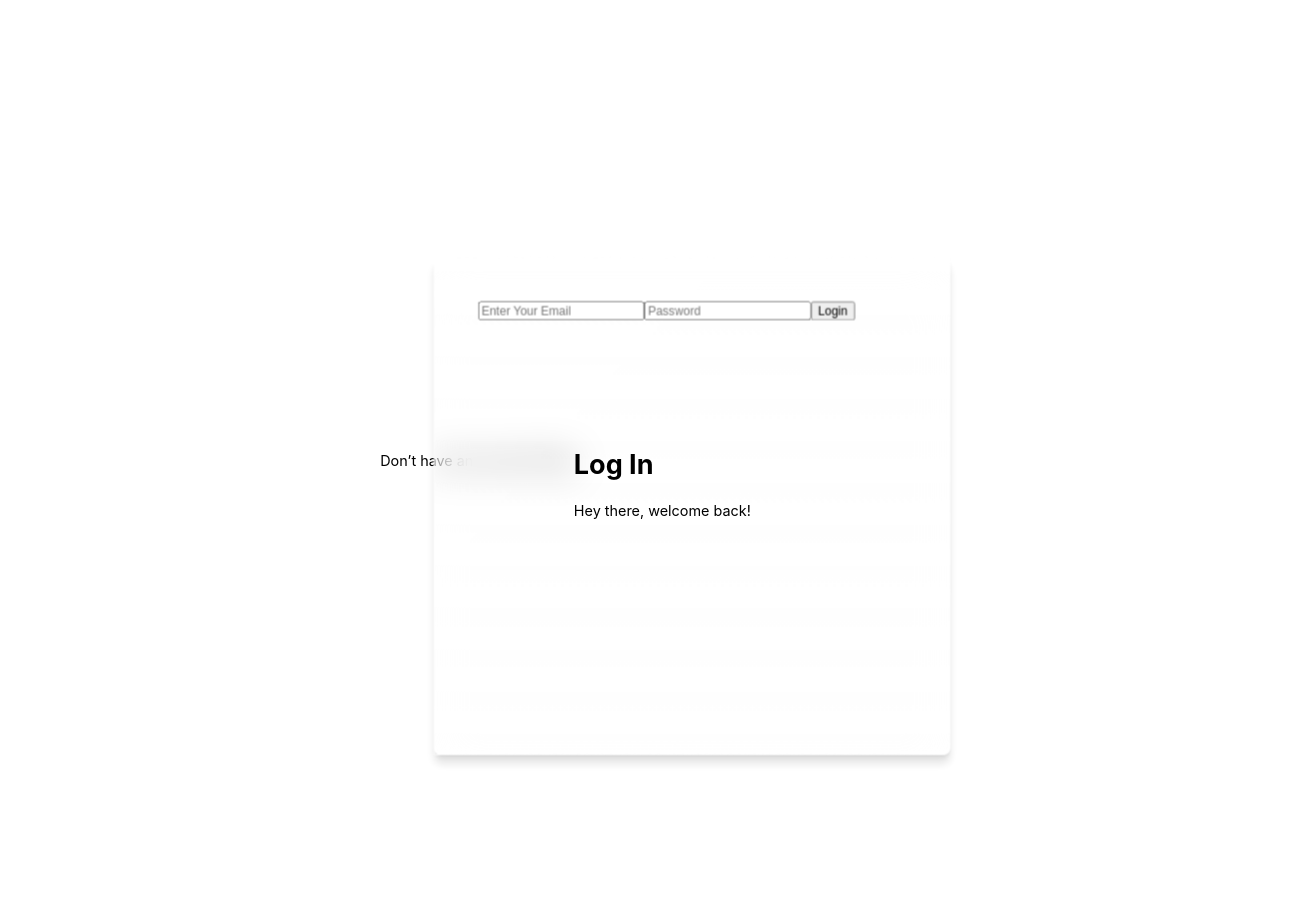
Repository: AfifaNoor/Admin_Panel-React-
Page: /
These files come from the project's save history. The page is drawn as it stood at one moment and after the next save; the edit follows.
The browser window is 1280 px wide. The page is 1440 px wide, then 1280 px, then 1440 px, so the pictures cover 1440 px, including what lies to the right of the window. The pictures show the whole page, at 90% of full size.
The project was rebuilt for these pictures with package versions that can differ from the ones it lists, and the page was loaded fresh each time. Also part of the build but not shown: src/SignUp.jsx.

Above is the page before, as saved 2025-07-10 15:03:56.

After the next save:
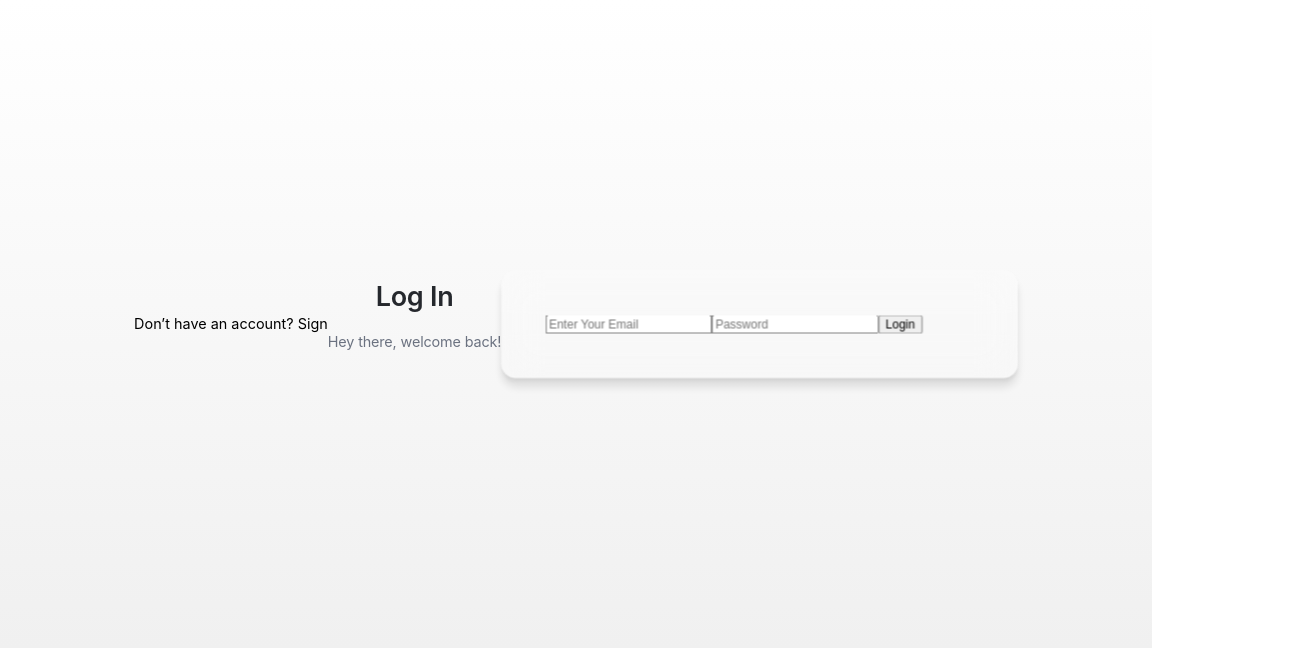
Saved 37 min 29 s later.
--- a/src/LoginPage.css
+++ b/src/LoginPage.css
@@ -1,76 +1,47 @@
 .login-container {
-  width: 1440px;
-  height: 1024px;
-  /* background: #FFFFFF; */
-  opacity: 1;
-  transform: rotate(0deg);
+  width: 100%;
+  height: 100vh; /* Full screen height */
   display: flex;
   justify-content: center;
   align-items: center;
-  background: linear-gradient(to bottom, rgba(255, 255, 255, 1), rgba(255, 255, 255, 1));
-
-
+  background: linear-gradient(to bottom, #ffffff, #f0f0f0); /* soft white gradient */
+  overflow: hidden;
 }
 
-.login-form{
+.login-form {
   width: 476px;
-  height: 456px;
-  position: absolute;
-  top: 284.5px;
-  left: 482px;
-  border-radius: 8px;
+  height: auto; /* Allow content to define height */
+  border-radius: 16px;
   padding: 48px;
-  gap: 10px;
-  opacity: 1;
-
-  z-index: 2;
-
-  background: linear-gradient(180deg, rgba(255, 255, 255, 0) -9.58%, rgba(255, 255, 255, 0.052) 100%);
-  border: 1px solid transparent;
-  border-image-source: linear-gradient(93.78deg, #FFFFFF 8.04%, rgba(255, 255, 255, 0) 100%);
-  border-image-slice: 1;
-
-
--webkit-backdrop-filter: blur(20px);
-backdrop-filter: blur(20px);
-
-box-shadow:
-  0px 10px 10px 0px rgba(0, 0, 0, 0.10),
-  0px 4px 4px 0px rgba(0, 0, 0, 0.05),
-  0px 1px 0px 0px rgba(0, 0, 0, 0.05),
-  inset 0px 20px 50px 0px rgba(255, 255, 255, 0.15);
-
-
-
-
+  backdrop-filter: blur(20px);
+  -webkit-backdrop-filter: blur(20px);
+  background: rgba(255, 255, 255, 0.15); /* semi-transparent glass effect */
+  border: 1px solid rgba(255, 255, 255, 0.2);
+  box-shadow:
+    0 10px 10px rgba(0, 0, 0, 0.1),
+    0 4px 4px rgba(0, 0, 0, 0.05),
+    inset 0 20px 50px rgba(255, 255, 255, 0.15);
 }
 
-.title{
-  z-index: 3;
-  width: 380px;
-  height: 72px;
-  opacity: 1;
-  gap: 10px;
-
+.title {
+  text-align: center;
+  margin-bottom: 24px;
 }
 
 .title h1 {
-width: 380px;
-height: 40px;
-font-family: 'Inter', sans-serif;
-font-weight: 600px;
-font-size: 30px;
-line-height: 40px;
-letter-spacing: -1%;
+  font-family: 'Inter', sans-serif;
+  font-weight: 600;  /* remove 'px' */
+  font-size: 30px;
+  line-height: 40px;
+  letter-spacing: -0.01em; /* closer to -1% */
+  color: #25282D;  /* dark text for visibility */
 }
 
-.title p{
+.title p {
+  font-family: 'Inter', sans-serif;
+  font-weight: 400;  /* remove 'px' */
   font-size: 16px;
-  font-style: Inter;
-  font-weight: 400px;
-  font-style:normal;
   line-height: 22px;
-  letter-spacing: -1%;
-  font-color: rgba(107, 114, 128, 1);
-
+  letter-spacing: -0.01em;
+  color: rgba(107, 114, 128, 1);  /* proper text color */
 }

After the save that followed:
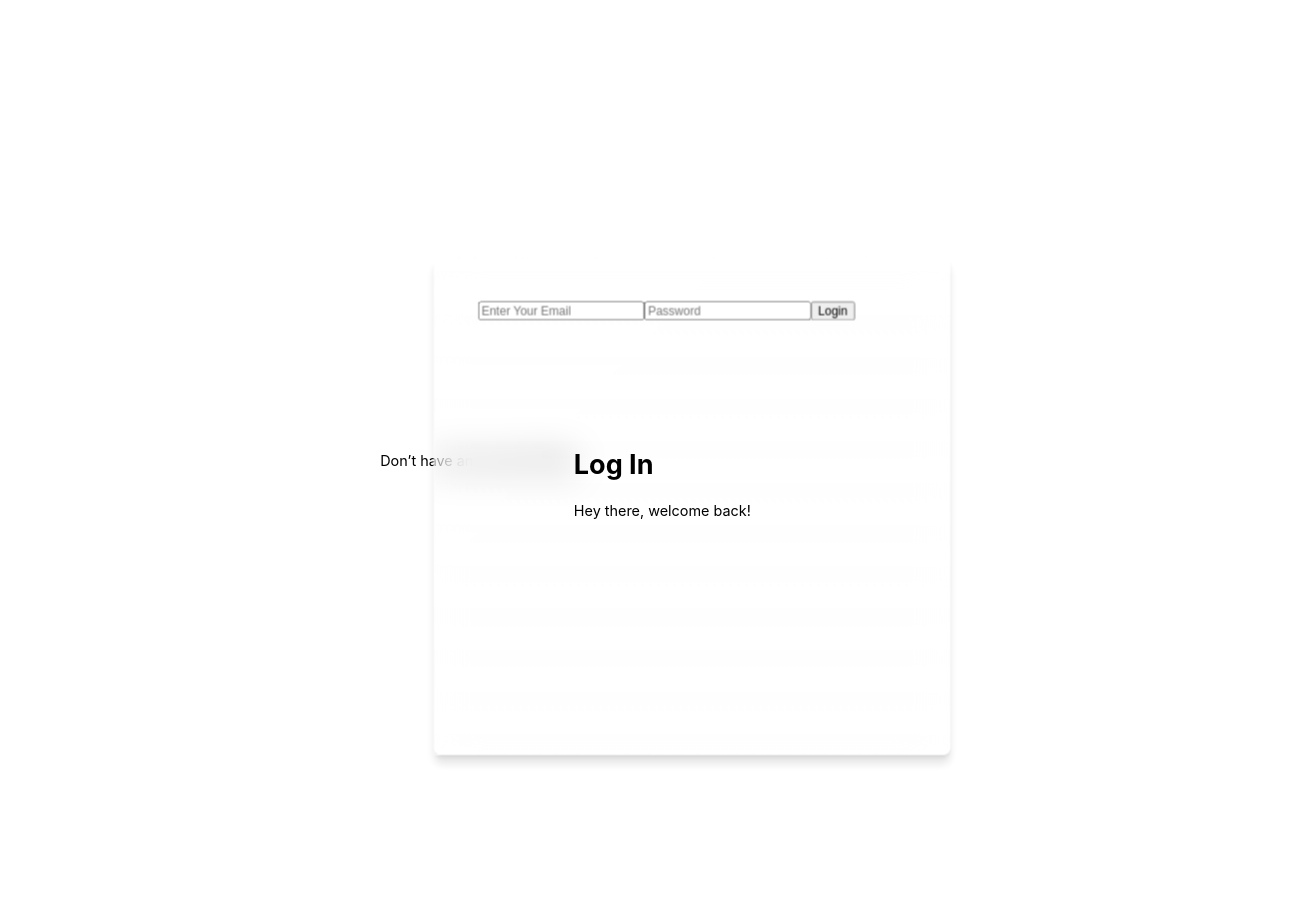
Saved 12 s later.
--- a/src/LoginPage.css
+++ b/src/LoginPage.css
@@ -1,47 +1,76 @@
 .login-container {
-  width: 100%;
-  height: 100vh; /* Full screen height */
+  width: 1440px;
+  height: 1024px;
+  /* background: #FFFFFF; */
+  opacity: 1;
+  transform: rotate(0deg);
   display: flex;
   justify-content: center;
   align-items: center;
-  background: linear-gradient(to bottom, #ffffff, #f0f0f0); /* soft white gradient */
-  overflow: hidden;
+  background: linear-gradient(to bottom, rgba(255, 255, 255, 1), rgba(255, 255, 255, 1));
+
+
 }
 
-.login-form {
+.login-form{
   width: 476px;
-  height: auto; /* Allow content to define height */
-  border-radius: 16px;
+  height: 456px;
+  position: absolute;
+  top: 284.5px;
+  left: 482px;
+  border-radius: 8px;
   padding: 48px;
-  backdrop-filter: blur(20px);
-  -webkit-backdrop-filter: blur(20px);
-  background: rgba(255, 255, 255, 0.15); /* semi-transparent glass effect */
-  border: 1px solid rgba(255, 255, 255, 0.2);
-  box-shadow:
-    0 10px 10px rgba(0, 0, 0, 0.1),
-    0 4px 4px rgba(0, 0, 0, 0.05),
-    inset 0 20px 50px rgba(255, 255, 255, 0.15);
+  gap: 10px;
+  opacity: 1;
+
+  z-index: 2;
+
+  background: linear-gradient(180deg, rgba(255, 255, 255, 0) -9.58%, rgba(255, 255, 255, 0.052) 100%);
+  border: 1px solid transparent;
+  border-image-source: linear-gradient(93.78deg, #FFFFFF 8.04%, rgba(255, 255, 255, 0) 100%);
+  border-image-slice: 1;
+
+
+-webkit-backdrop-filter: blur(20px);
+backdrop-filter: blur(20px);
+
+box-shadow:
+  0px 10px 10px 0px rgba(0, 0, 0, 0.10),
+  0px 4px 4px 0px rgba(0, 0, 0, 0.05),
+  0px 1px 0px 0px rgba(0, 0, 0, 0.05),
+  inset 0px 20px 50px 0px rgba(255, 255, 255, 0.15);
+
+
+
+
 }
 
-.title {
-  text-align: center;
-  margin-bottom: 24px;
+.title{
+  z-index: 3;
+  width: 380px;
+  height: 72px;
+  opacity: 1;
+  gap: 10px;
+
 }
 
 .title h1 {
-  font-family: 'Inter', sans-serif;
-  font-weight: 600;  /* remove 'px' */
-  font-size: 30px;
-  line-height: 40px;
-  letter-spacing: -0.01em; /* closer to -1% */
-  color: #25282D;  /* dark text for visibility */
+width: 380px;
+height: 40px;
+font-family: 'Inter', sans-serif;
+font-weight: 600px;
+font-size: 30px;
+line-height: 40px;
+letter-spacing: -1%;
 }
 
-.title p {
-  font-family: 'Inter', sans-serif;
-  font-weight: 400;  /* remove 'px' */
+.title p{
   font-size: 16px;
+  font-style: Inter;
+  font-weight: 400px;
+  font-style:normal;
   line-height: 22px;
-  letter-spacing: -0.01em;
-  color: rgba(107, 114, 128, 1);  /* proper text color */
+  letter-spacing: -1%;
+  font-color: rgba(107, 114, 128, 1);
+
 }
